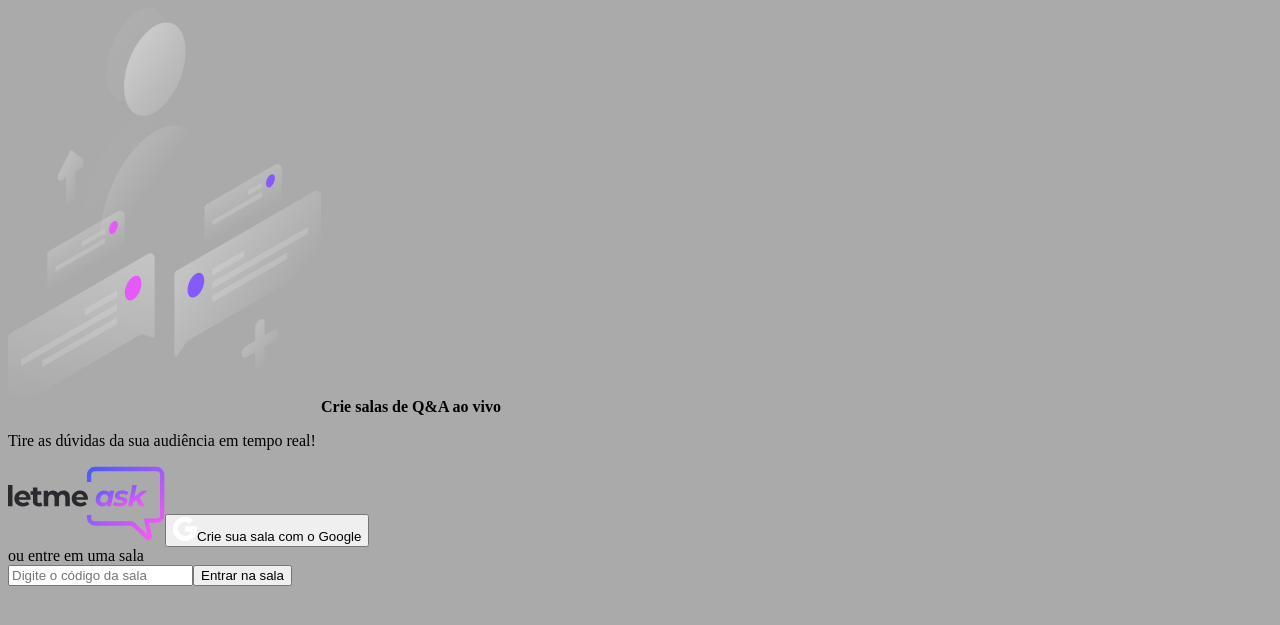
Repository: alessandradiamantino/letmeask
Page: /
The author's editor kept a copy of each file at every save. The page is drawn from the files as they stood at one save, then again after the next save.
The browser window is 1280 px wide. The pictures show the whole page.
The project was rebuilt for these pictures with package versions that can differ from the ones it lists, and the page was loaded fresh each time.

Above is the page before, as saved 2021-06-22 09:45:26.

After the next save:
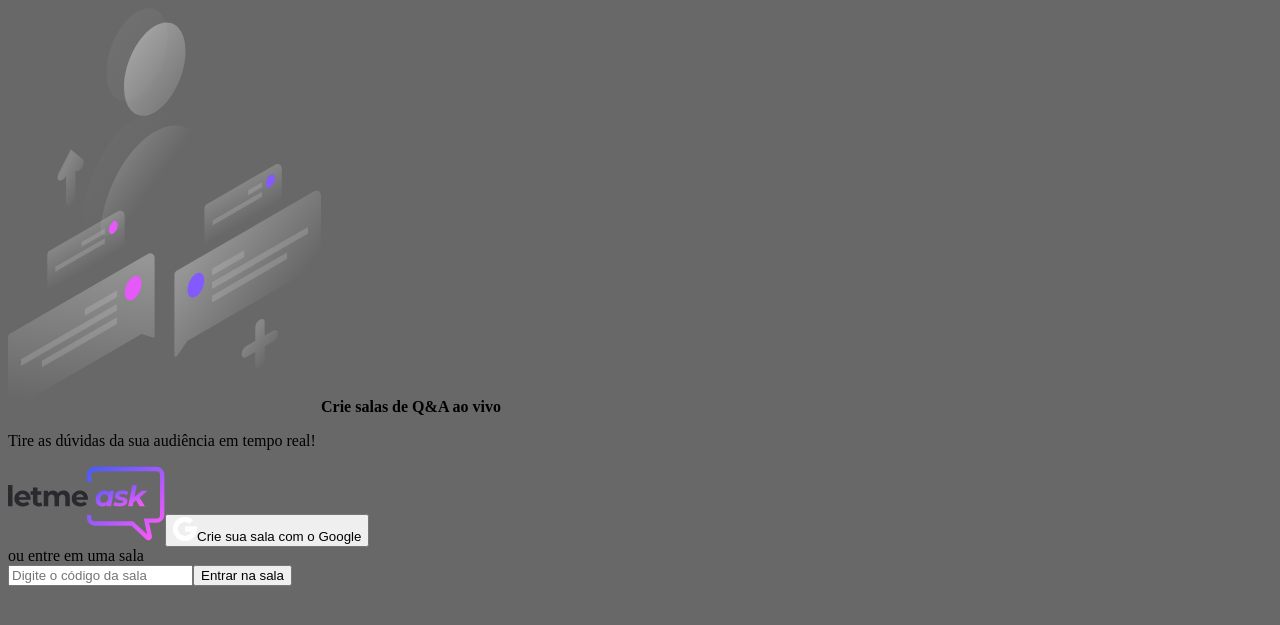
Saved 2 min 41 s later.
--- a/src/styles/global.css
+++ b/src/styles/global.css
@@ -1,3 +1,3 @@
 body{
-  background: #aaa;
+  background: rgb(104, 104, 104);
 }
